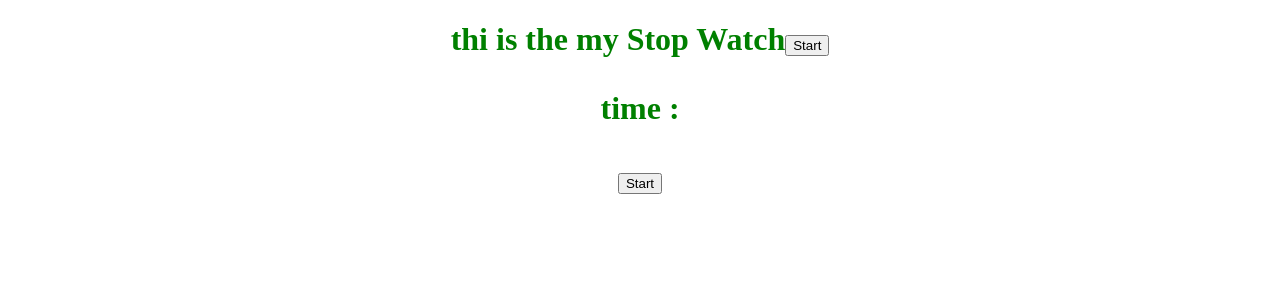
Repository: Gauravyadav678/GcounterApp
Page: / (app in gcounter/)
The author's editor kept a copy of each file at every save. The page is drawn from the files as they stood at one save, then again after the next save.
The browser window is 1280 px wide. The pictures show the whole page.
The project was rebuilt for these pictures with package versions that can differ from the ones it lists, and the page was loaded fresh each time. Also part of the build but not shown: gcounter/src/index.css, gcounter/src/components/typing.js, gcounter/src/counter.js.

Above is the page before, as saved 2024-10-23 16:05:21.

### gcounter/public/index.html
<!DOCTYPE html>
<html lang="en">
  <head>
    <meta charset="utf-8" />

    <meta name="viewport" content="width=device-width, initial-scale=1" />
    <meta name="theme-color" content="#000000" />


  </head>
  <body>

    <div id="root"></div>
  </body>
</html>

### gcounter/src/App.js

import './App.css';
import StopWatch from './components/stopWatch';
import TypingWithG from './components/typing';
import CounterApp from './counter';


function App() {
  return (
    <div className="App">
      <>
      {/* <h1>This is the counter App</h1> */}
      {/* <CounterApp/>
      <TypingWithG/> */}
      <StopWatch/>
      </>
    </div>
  );
}

export default App;

### gcounter/src/App.css
.App{
  text-align: center;
  color: green;
}

### gcounter/src/components/stopWatch.js
import React ,{useState , useEffect} from "react";

function StopWatch(){
    return(
        <>
        <h1>
         thi is the my Stop Watch
        <button>Start</button>
        <p>time : </p>
        <button>Start</button>
        </h1>
        </>
    )
}

export default StopWatch;

Loaded but not shown: gcounter/src/index.js (common file); gcounter/src/reportWebVitals.js (common file)

After the next save:
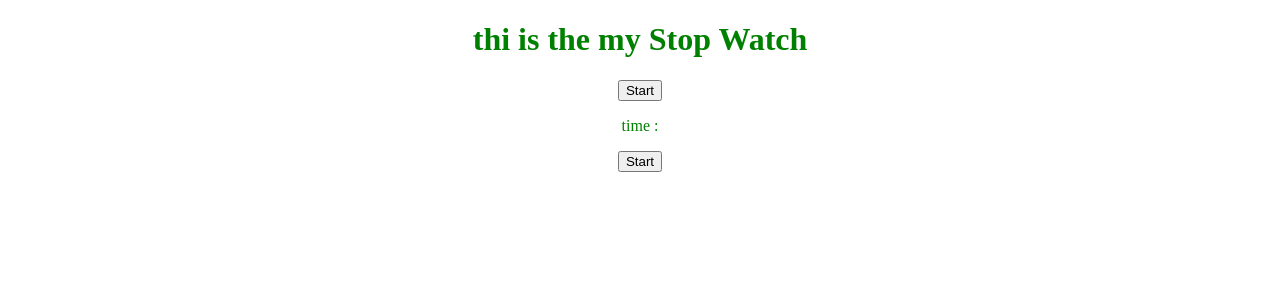
Saved 24 s later.
--- a/gcounter/src/components/stopWatch.js
+++ b/gcounter/src/components/stopWatch.js
@@ -5,10 +5,10 @@ function StopWatch(){
         <>
         <h1>
          thi is the my Stop Watch
+        </h1>
         <button>Start</button>
         <p>time : </p>
         <button>Start</button>
-        </h1>
         </>
     )
 }
